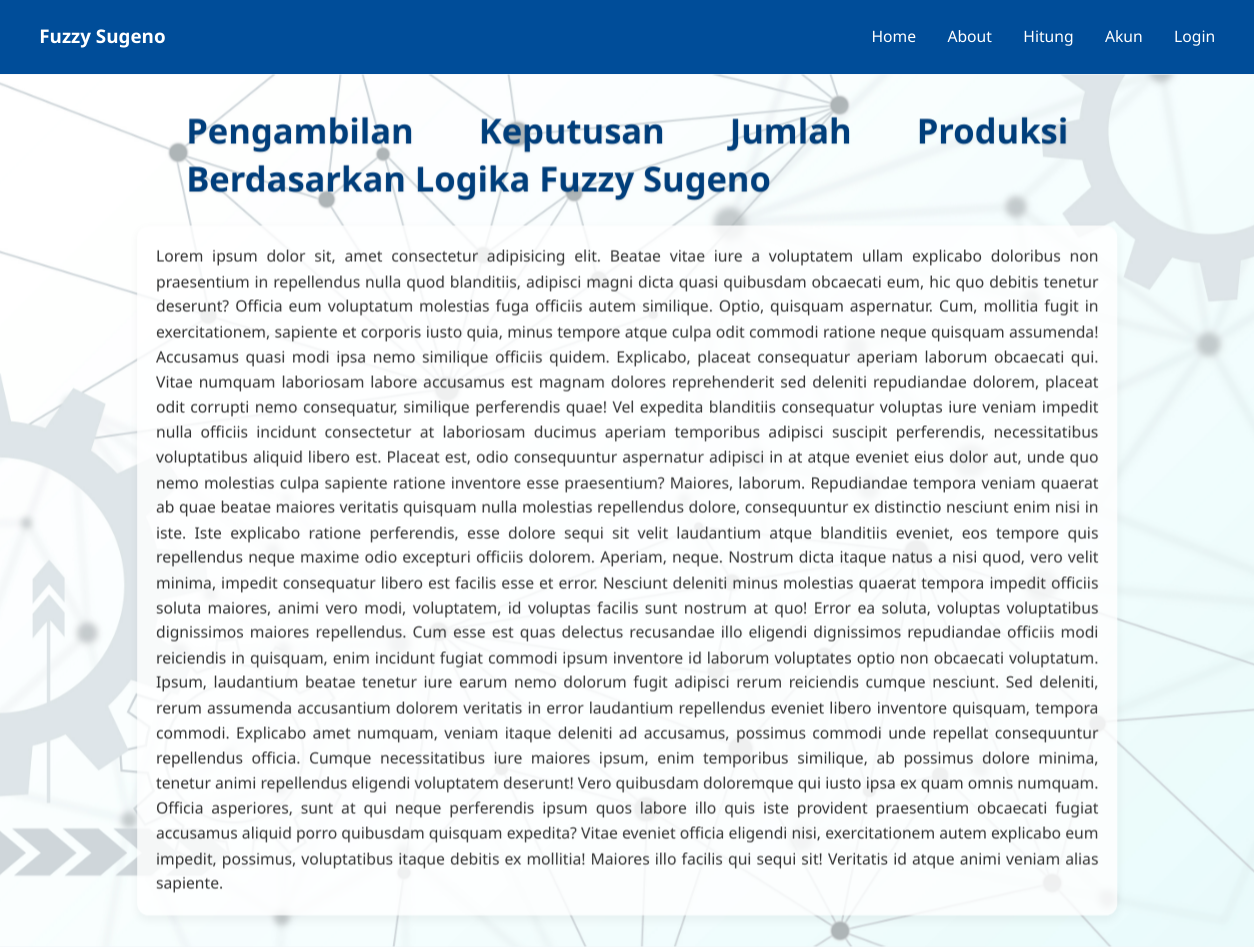
Repository: Senicccc/Defuzzy-Sugeno
Page: http://localhost/php/about.php
An editor plug-in stored every save of this project. The page is shown before and after the next save, followed by the edit.
The browser window is 1280 px wide. The pictures show the whole page, at 98% of full size.
The page is run by PHP 8.4 with error messages shown; the project is at /var/www/html/.

Above is the page before, as saved 2025-06-09 11:20:31.

### php/about.php
<!DOCTYPE html>
<html lang="id">

<head>
    <meta charset="UTF-8" />
    <meta name="viewport" content="width=device-width, initial-scale=1.0" />
    <title>Fuzzy Sugeno - About</title>
    <link rel="icon" href="img/favicon.png" type="image/png">
    <link rel="stylesheet" href="../css/about.css">
</head>

<body>

    <?php
    require_once 'header.php';
    ?>

    <section class="hero" style="background: url('img/menu-bg.jpg') center center/cover no-repeat;">
        <h1>Pengambilan Keputusan Jumlah Produksi Berdasarkan Logika Fuzzy Sugeno</h1>
        <p>Lorem ipsum dolor sit, amet consectetur adipisicing elit. Beatae vitae iure a voluptatem ullam explicabo
            doloribus non praesentium in repellendus nulla quod blanditiis, adipisci magni dicta quasi quibusdam
            obcaecati eum, hic quo debitis tenetur deserunt? Officia eum voluptatum molestias fuga officiis autem
            similique. Optio, quisquam aspernatur. Cum, mollitia fugit in exercitationem, sapiente et corporis iusto
            quia, minus tempore atque culpa odit commodi ratione neque quisquam assumenda! Accusamus quasi modi ipsa
            nemo similique officiis quidem. Explicabo, placeat consequatur aperiam laborum obcaecati qui. Vitae numquam
            laboriosam labore accusamus est magnam dolores reprehenderit sed deleniti repudiandae dolorem, placeat odit
            corrupti nemo consequatur, similique perferendis quae! Vel expedita blanditiis consequatur voluptas iure
            veniam impedit nulla officiis incidunt consectetur at laboriosam ducimus aperiam temporibus adipisci
            suscipit perferendis, necessitatibus voluptatibus aliquid libero est. Placeat est, odio consequuntur
            aspernatur adipisci in at atque eveniet eius dolor aut, unde quo nemo molestias culpa sapiente ratione
            inventore esse praesentium? Maiores, laborum. Repudiandae tempora veniam quaerat ab quae beatae maiores
            veritatis quisquam nulla molestias repellendus dolore, consequuntur ex distinctio nesciunt enim nisi in
            iste. Iste explicabo ratione perferendis, esse dolore sequi sit velit laudantium atque blanditiis eveniet,
            eos tempore quis repellendus neque maxime odio excepturi officiis dolorem. Aperiam, neque. Nostrum dicta
            itaque natus a nisi quod, vero velit minima, impedit consequatur libero est facilis esse et error. Nesciunt
            deleniti minus molestias quaerat tempora impedit officiis soluta maiores, animi vero modi, voluptatem, id
            voluptas facilis sunt nostrum at quo! Error ea soluta, voluptas voluptatibus dignissimos maiores
            repellendus. Cum esse est quas delectus recusandae illo eligendi dignissimos repudiandae officiis modi
            reiciendis in quisquam, enim incidunt fugiat commodi ipsum inventore id laborum voluptates optio non
            obcaecati voluptatum. Ipsum, laudantium beatae tenetur iure earum nemo dolorum fugit adipisci rerum
            reiciendis cumque nesciunt. Sed deleniti, rerum assumenda accusantium dolorem veritatis in error laudantium
            repellendus eveniet libero inventore quisquam, tempora commodi. Explicabo amet numquam, veniam itaque
            deleniti ad accusamus, possimus commodi unde repellat consequuntur repellendus officia. Cumque
            necessitatibus iure maiores ipsum, enim temporibus similique, ab possimus dolore minima, tenetur animi
            repellendus eligendi voluptatem deserunt! Vero quibusdam doloremque qui iusto ipsa ex quam omnis numquam.
            Officia asperiores, sunt at qui neque perferendis ipsum quos labore illo quis iste provident praesentium
            obcaecati fugiat accusamus aliquid porro quibusdam quisquam expedita? Vitae eveniet officia eligendi nisi,
            exercitationem autem explicabo eum impedit, possimus, voluptatibus itaque debitis ex mollitia! Maiores illo
            facilis qui sequi sit! Veritatis id atque animi veniam alias sapiente.</p>
    </section>

</body>

</html>

### php/header.php
<!DOCTYPE html>
<html lang="id">

<head>
    <meta charset="UTF-8" />
    <meta name="viewport" content="width=device-width, initial-scale=1.0" />
    <title>Fuzzy Sugeno - Produksi</title>
    <link rel="stylesheet" href="https://cdnjs.cloudflare.com/ajax/libs/font-awesome/6.0.0/css/all.min.css">

    <style>
    * {
        margin: 0;
        padding: 0;
        box-sizing: border-box;
        font-family: 'Segoe UI', Tahoma, Geneva, Verdana, sans-serif;
    }

    body {
        background: #f0f4f8;
        color: #333;
    }

    nav {
        background-color: #004d99;
        position: sticky;
        top: 0;
        z-index: 1000;
        padding: 1.4rem 2.4rem;
    }

    .nav-container {
        display: flex;
        justify-content: space-between;
        align-items: center;
        max-width: 1200px;
        margin: 0 auto;
        flex-wrap: wrap;
    }

    .logo {
        color: white;
        font-weight: 800;
        font-size: larger;
    }

    .nav-links {
        display: flex;
        gap: 2rem;
    }

    .nav-links a {
        text-decoration: none;
        color: white;
        font-weight: 500;
        font-size: 1rem;
        transition: color 0.3s;
    }

    .nav-links a:hover {
        color: #ffcc00;
    }

    .burger {
        display: none;
        font-size: 1.5rem;
        color: white;
        cursor: pointer;
        padding: 0.5rem;
    }

    @media (max-width: 768px) {
        .nav-links {
            display: none;
            flex-direction: column;
            background-color: #004d99;
            width: 100%;
            text-align: center;
            margin-top: 1rem;
            padding-bottom: 1rem;
            gap: 1rem;
            order: 1;
        }

        .nav-links.active {
            display: flex;
        }

        .burger {
            display: block;
            margin-left: auto;
        }

        nav {
            padding: 0.75rem 1.5rem;
        }
    }
    </style>
</head>

<body>

    <nav>
        <div class="nav-container">
            <div class="logo">Fuzzy Sugeno</div>
            <div class="burger" id="burger"><i class="fas fa-bars"></i></div>
            <div class="nav-links" id="navLinks">
                <a href="../index.php">Home</a>
                <a href="about.php">About</a>
                <a href="form.php">Hitung</a>
                <a href="account.php">Akun</a>
                <?php if (isset($_SESSION['user_id'])): ?>
                <a href="logout.php">Logout</a>
                <?php else: ?>
                <a href="login.php">Login</a>
                <?php endif; ?>
            </div>
        </div>
    </nav>

    <script>
    const burger = document.getElementById('burger');
    const navLinks = document.getElementById('navLinks');

    burger.addEventListener('click', () => {
        navLinks.classList.toggle('active');
    });
    </script>

</body>

</html>

### css/about.css
/* Reset dan Font */
* {
  margin: 0;
  padding: 0;
  box-sizing: border-box;
  font-family: "Segoe UI", Tahoma, Geneva, Verdana, sans-serif;
}

/* Body */
body {
  background: linear-gradient(135deg, #ffffff 0%, #f5f5f5 100%);
  color: #333;
  min-height: 100vh;
  line-height: 1.6;
}

/* Hero Section */
.hero {
  position: relative;
  display: flex;
  flex-direction: column;
  justify-content: center;
  align-items: center;
  text-align: justify;
  min-height: calc(100vh - 80px);
  padding: 2rem;
  background-blend-mode: overlay;
  background-color: rgba(
    255,
    255,
    255,
    0.9
  ); /* semi-transparan agar tulisan tetap jelas */
  background-image: url("../img/menu-bg.jpg"),
    radial-gradient(
      circle at 10% 20%,
      rgba(0, 77, 153, 0.04) 0%,
      transparent 20%
    ),
    radial-gradient(
      circle at 90% 80%,
      rgba(0, 77, 153, 0.04) 0%,
      transparent 20%
    );
  background-size: cover;
  background-position: center;
  backdrop-filter: blur(2px);
  box-shadow: inset 0 0 0 2000px rgba(255, 255, 255, 0.2);
}

/* Judul */
.hero h1 {
  font-size: 2.2rem;
  font-weight: 800;
  color: #003e7b;
  margin-bottom: 1.5rem;
  max-width: 900px;
  line-height: 1.4;
  text-shadow: 0 1px 2px rgba(0, 0, 0, 0.1);
}

/* Paragraf */
.hero p {
  max-width: 1000px;
  font-size: 1rem;
  color: #333;
  background-color: rgba(255, 255, 255, 0.8);
  padding: 1.2rem;
  border-radius: 12px;
  box-shadow: 0 4px 10px rgba(0, 0, 0, 0.05);
}

/* Responsif */
@media (max-width: 768px) {
  .hero {
    padding: 1.5rem 1rem;
    min-height: calc(100vh - 60px);
  }

  .hero h1 {
    font-size: 1.6rem;
    text-align: center;
  }

  .hero p {
    font-size: 0.95rem;
    padding: 1rem;
  }
}

@media (max-width: 480px) {
  .hero h1 {
    font-size: 1.3rem;
  }

  .hero p {
    font-size: 0.9rem;
    padding: 0.8rem;
  }
}

/* Animasi Muncul */
@keyframes fadeIn {
  from {
    opacity: 0;
    transform: translateY(20px);
  }
  to {
    opacity: 1;
    transform: translateY(0);
  }
}

.hero {
  animation: fadeIn 0.8s ease-out forwards;
}

After the next save:
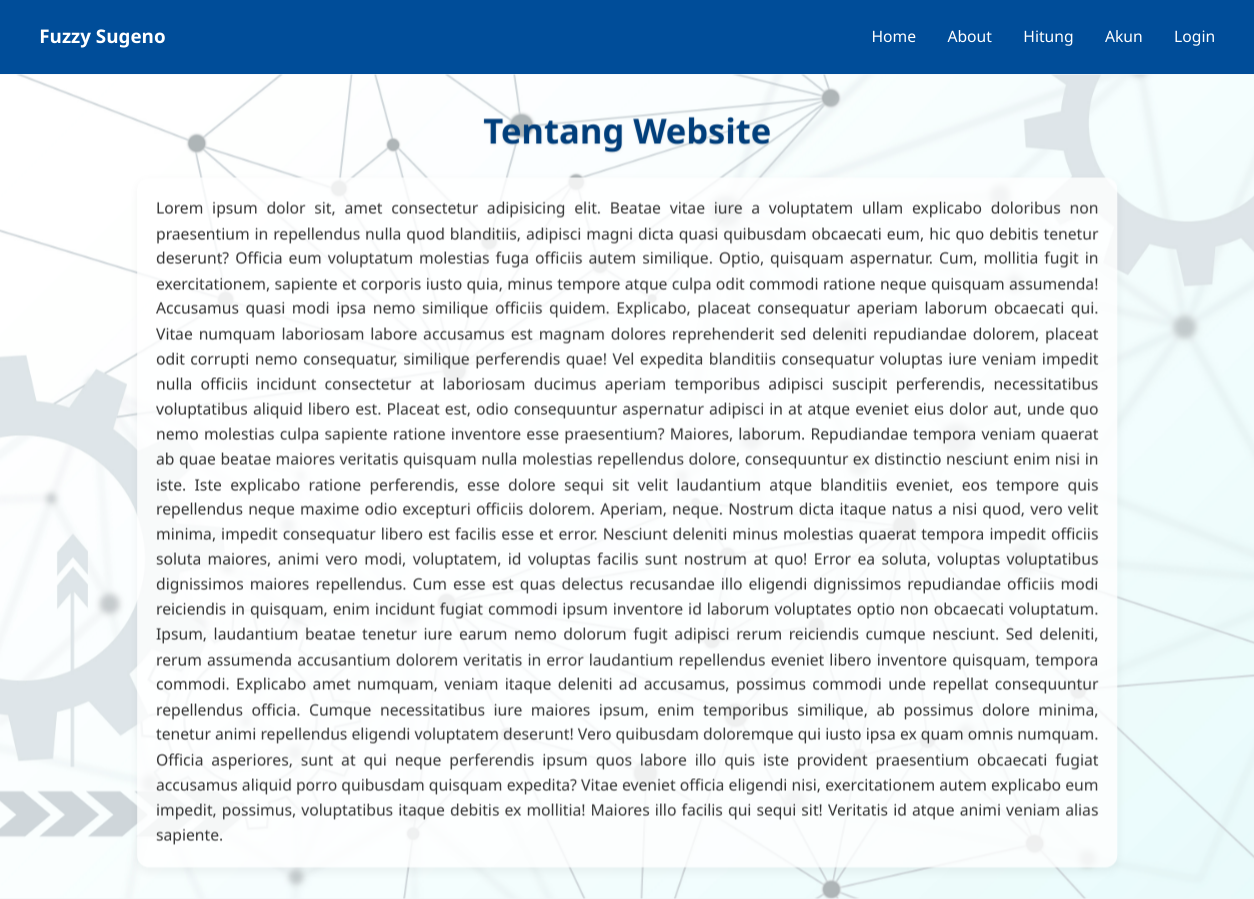
Saved 33 s later.
--- a/php/about.php
+++ b/php/about.php
@@ -16,7 +16,7 @@
     ?>
 
     <section class="hero" style="background: url('img/menu-bg.jpg') center center/cover no-repeat;">
-        <h1>Pengambilan Keputusan Jumlah Produksi Berdasarkan Logika Fuzzy Sugeno</h1>
+        <h1>Tentang Website</h1>
         <p>Lorem ipsum dolor sit, amet consectetur adipisicing elit. Beatae vitae iure a voluptatem ullam explicabo
             doloribus non praesentium in repellendus nulla quod blanditiis, adipisci magni dicta quasi quibusdam
             obcaecati eum, hic quo debitis tenetur deserunt? Officia eum voluptatum molestias fuga officiis autem
